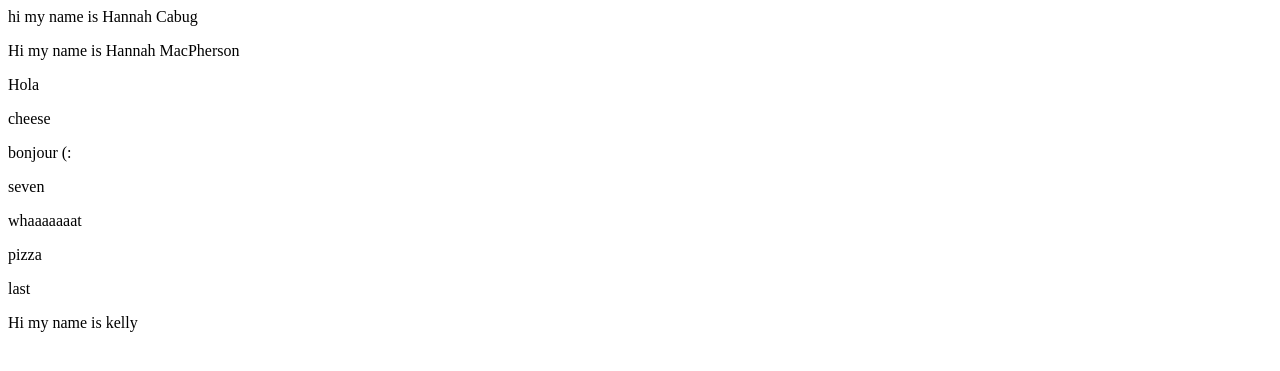
Repository: KellyMenzul/lab-4
Page: index.html
The author's editor kept a copy of each file at every save. The page is drawn from the files as they stood at one save, then again after a run of saves.
The browser window is 1280 px wide. The pictures show the whole page.

Above is the page before, as saved 2021-04-07 17:51:43.

### index.html
<html>
    <head>
        <title>Lab 4</title>

        <script>
            var a = new XMLHttpRequest()
            var b = new XMLHttpRequest()
            var c = new XMLHttpRequest()
            var d = new XMLHttpRequest()
            var e = new XMLHttpRequest()
            var f = new XMLHttpRequest()
            var g = new XMLHttpRequest()
            var h = new XMLHttpRequest()
            var i = new XMLHttpRequest()
            var j = new XMLHttpRequest()

            a.open("GET", "1.txt", true)
            b.open("GET", "2.txt", true)
            c.open("GET", "3.txt", true)
            d.open("GET", "4.txt", true)
            e.open("GET", "5.txt", true)
            f.open("GET", "6.txt", true)
            g.open("GET", "7.txt", true)
            h.open("GET", "8.txt", true)
            i.open("GET", "9.txt", true)
            j.open("GET", "10.txt", true)

            a.onreadystatechange=processData
            b.onreadystatechange=processData
            c.onreadystatechange=processData
            d.onreadystatechange=processData
            e.onreadystatechange=processData
            f.onreadystatechange=processData
            g.onreadystatechange=processData
            h.onreadystatechange=processData
            i.onreadystatechange=processData
            j.onreadystatechange=processData

            a.send(null)
            b.send(null)
            c.send(null)
            d.send(null)
            e.send(null)
            f.send(null)
            g.send(null)
            h.send(null)
            i.send(null)
            j.send(null)

            function processData()
            {
                if(a.readyState == 4 && b.readyState == 4 && c.readyState == 4 && d.readyState == 4 && e.readyState == 4 && f.readyState == 4 && g.readyState == 4 && h.readyState == 4 && i.readyState == 4 && j.readyState == 4)
                {

                    setTimeout(function(){
                        var p1 = document.createElement("p")
                        p1.innerHTML = a.responseText
                        document.body.appendChild(p1)
                    },1000)


                    setTimeout(function(){

                    },2000)
                    var p2 = document.createElement("p")
                    p2.innerHTML = b.responseText
                    document.body.appendChild(p2)

                    var p3 = document.createElement("p")
                    p3.innerHTML = c.responseText
                    document.body.appendChild(p3)

                    var p4 = document.createElement("p")
                    p4.innerHTML = d.responseText
                    document.body.appendChild(p4)

                    var p5 = document.createElement("p")
                    p5.innerHTML = e.responseText
                    document.body.appendChild(p5)

                    var p6 = document.createElement("p")
                    p6.innerHTML = f.responseText
                    document.body.appendChild(p6)

                    var p7 = document.createElement("p")
                    p7.innerHTML = g.responseText
                    document.body.appendChild(p7)

                    var p8 = document.createElement("p")
                    p8.innerHTML = h.responseText
                    document.body.appendChild(p8)

                    var p9 = document.createElement("p")
                    p9.innerHTML = i.responseText
                    document.body.appendChild(p9)

                    var p10 = document.createElement("p")
                    p10.innerHTML = j.responseText
                    document.body.appendChild(p10)
                }
            }
        </script>
    </head>
    <body>
    </body>
</html>

After the next 2 saves:
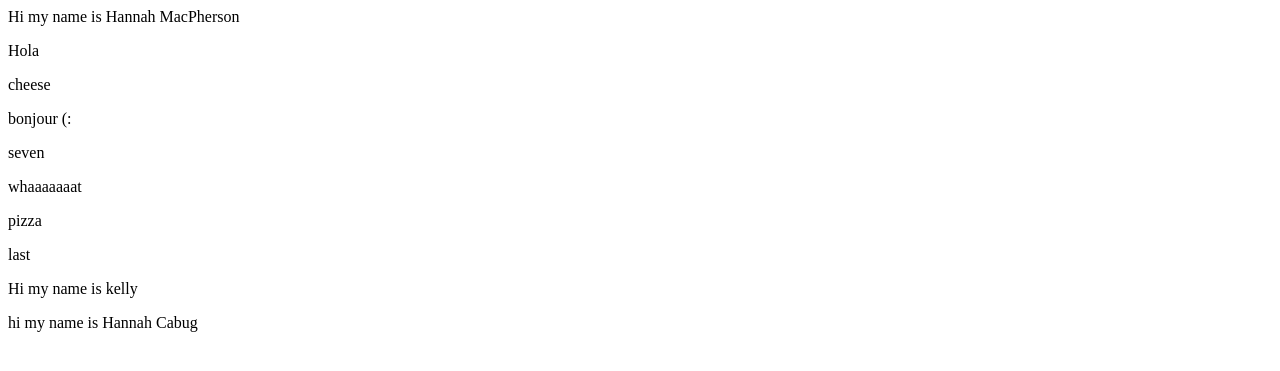
The 2 saves are shown as one change because they came seconds apart.
The last was saved 7 s later.
--- a/index.html
+++ b/index.html
@@ -60,11 +60,10 @@
 
 
                     setTimeout(function(){
-
+                        var p2 = document.createElement("p")
+                        p2.innerHTML = b.responseText
+                        document.body.appendChild(p2)
                     },2000)
-                    var p2 = document.createElement("p")
-                    p2.innerHTML = b.responseText
-                    document.body.appendChild(p2)
 
                     var p3 = document.createElement("p")
                     p3.innerHTML = c.responseText
